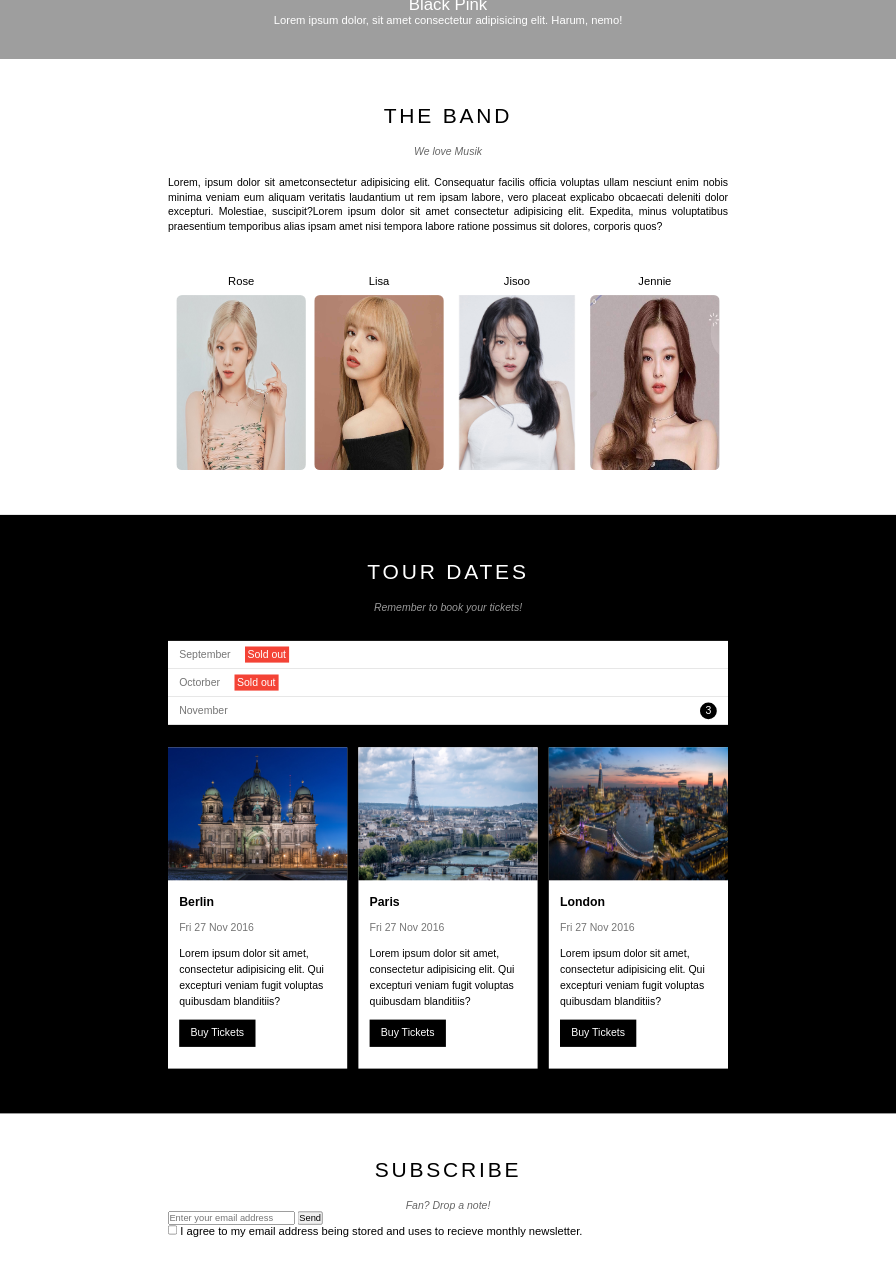
Repository: AiTrinh303/First-Project
Page: /
The author's editor kept a copy of each file at every save. The page is drawn from the files as they stood at one save, then again after the next save.
The browser window is 1280 px wide. The pictures show the part of the page from y = 602 to 2522 px (the page is 2433 px tall before and 2522 px after), at 70% of full size.
Pictures or frames that could not be fetched are drawn as grey boxes. The project was rebuilt for these pictures with package versions that can differ from the ones it lists, and the page was loaded fresh each time.

Above is the page before, as saved 2024-01-23 10:09:23.

### index.html
<!DOCTYPE html>
<html lang="en">
<head>
    <meta charset="UTF-8">
    <meta name="viewport" content="width=device-width, initial-scale=1.0">
    <title>Singer Website</title>
    <link rel="stylesheet" href="./fonts/themify-icons-font/themify-icons/themify-icons.css">
    <link rel="stylesheet" href="./src/styles/main.css">
</head>
<body>
   <div id="main">

        <div id="header">
            <ul id="nav">
                <li><a href="">Home</a></li>
                <li><a href="">Band</a></li>
                <li><a href="">Tour</a></li>
                <li><a href="">Contact</a></li>
                <li>
                    <a href="#">
                        More
                        <i class="nav-arrown-down ti-angle-down"></i>
                     </a>
                    <ul class="subnav">
                        <li><a href="">Merchandise</a></li>
                        <li><a href="">Extras</a></li>
                        <li><a href="">Media</a></li>
                    </ul>
                </li>
            </ul>

            <div class="search-btn">
                <i class="search-icon ti-search"></i>

            </div>
        </div>

        <div id="slider">

            <div class="text-content">
                <h2 class="text-heading">Black Pink</h2>
                <p class="text-description">Lorem ipsum dolor, sit amet consectetur adipisicing elit. Harum, nemo!</p>
            </div>

        </div>

        <div id="content">
            <!-- About Section -->
            <div class="content-section">
                <h2 class="section-heading">THE BAND</h2>
                <p class="section-sub-heading">We love Musik</p>
                <p class="about-text">Lorem, ipsum dolor sit ametconsectetur adipisicing elit. Consequatur facilis officia voluptas ullam nesciunt enim nobis minima veniam eum aliquam veritatis laudantium ut rem ipsam labore, vero placeat explicabo obcaecati deleniti dolor excepturi. Molestiae, suscipit?Lorem ipsum dolor sit amet consectetur adipisicing elit. Expedita, minus voluptatibus praesentium temporibus alias ipsam amet nisi tempora labore ratione possimus sit dolores, corporis quos?</p>

                <div class="members-list">
                    <div class="member-item">
                        <p class="member-name">Rose</p>
                        <img src="./src/img/rose.png " alt="Rose" class="member-img" >
                    </div>

                    <div class="member-item">
                        <p class="member-name">Lisa</p>
                        <img src="./src/img/Lisa2.jpg" alt="Lisa" class="member-img" >
                    </div>

                    <div class="member-item">
                        <p class="member-name">Jisoo</p>
                        <img src="./src/img/jisoo.jpeg" alt="Jisoo" class="member-img" >
                    </div>

                    <div class="member-item">
                        <p class="member-name">Jennie</p>
                        <img src="./src/img/Jennie.jpg" alt="Jennie" class="member-img" >
                    </div>
                </div>
            </div>

            <!-- Tour Section -->
            <div class="tour-section">

                <div class="content-section">
                    <h2 class="section-heading text-white">TOUR DATES</h2>
                    <p class="section-sub-heading text-white">Remember to book your tickets!</p>

                    <ul class="tickets-list">
                        <li>September <span class="sold-out">Sold out</span></li>
                        <li>Octorber <span class="sold-out">Sold out</span></li>
                        <li>November <span class="quantity">3</span></li>
                    </ul>

                    <div class="places-list">
                        <div class="place-item">
                            <img src="./src/img/Berlin.jpg" alt="Berlin" class="place-img" >
                            <div class="place-body">
                                <h3 class="place-heading">Berlin</h3>
                                <p class="place-time">Fri 27 Nov 2016</p>
                                <p class="place-desc">Lorem ipsum dolor sit amet, consectetur adipisicing elit. Qui excepturi veniam fugit voluptas quibusdam blanditiis?</p>
                                <a href="#" class="place-btn">Buy Tickets</a>
                            </div>
                        </div>

                        <div class="place-item">
                            <img src="./src/img/Paris.jpg" alt="Paris" class="place-img" >
                            <div class="place-body">
                                <h3 class="place-heading">Paris</h3>
                                <p class="place-time">Fri 27 Nov 2016</p>
                                <p class="place-desc">Lorem ipsum dolor sit amet, consectetur adipisicing elit. Qui excepturi veniam fugit voluptas quibusdam blanditiis?</p>
                                <a href="#" class="place-btn">Buy Tickets</a>
                            </div>
                        </div>

                        <div class="place-item">
                            <img src="./src/img/London.jpeg" alt="London" class="place-img">
                            <div class="place-body">
                                <h3 class="place-heading">London</h3>
                                <p class="place-time">Fri 27 Nov 2016</p>
                                <p class="place-desc">Lorem ipsum dolor sit amet, consectetur adipisicing elit. Qui excepturi veniam fugit voluptas quibusdam blanditiis?</p>
                                <a href="#" class="place-btn">Buy Tickets</a>
                            </div>
                        </div>
                    </div>
                </div>

            </div>

            <!-- Contact Section -->
            <!-- Contact -->
            <div id="contact">
                <div class="content-section">
                    <h2 class="section-heading">SUBSCRIBE</h2>
                    <p class="section-sub-heading">Fan? Drop a note!</p>
                    <div class="form-wrap">

                        <div class="form">
                            <input type="email" class="form__email" placeholder="Enter your email address" />
                            <button class="form__button">Send</button>
                        </div>
                        <div class="notice">
                            <input type="checkbox">
                            <span class="notice__copy">I agree to my email address being stored and uses to recieve monthly newsletter.</span>
                        </div>

                    </div>
                </div>
            </div>






        <div id="footer">

        </div>

   </div>
</body>
</html>

### src/styles/main.css
* {
  padding: 0;
  margin: 0;
  box-sizing: border-box;
}

html {
  scroll-behavior: smooth;
  font-family: Arial, Helvetica, sans-serif;
}

.text-white {
  color: white;
}

#header {
  height: 46px;
  background-color: #000;
  position: fixed;
  top: 0;
  left: 0;
  right: 0;
  z-index: 1;
}

#nav {
  display: inline-block;
}

#nav, .subnav {
  list-style: none;
}

#nav > li {
  display: inline-block;
}

#nav li {
  position: relative;
}

#nav > li > a {
  color: #fff;
  text-transform: uppercase;
}

#nav li a {
  color: #fff;
  text-decoration: none;
  line-height: 46px;
  padding: 0 24px;
  display: block;
}

#nav li:hover .subnav {
  display: block;
}

#nav > li:hover > a,
#nav .subnav li:hover a {
  color: #000;
  background-color: #ccc;
}

#nav .subnav {
  display: none;
  min-width: 160px;
  position: absolute;
  background-color: #fff;
  box-shadow: 0 0 10px rgba(0, 0, 0, 0.3);
  top: 100%;
  left: 0;
}

#nav .nav-arrown-down {
  font-size: 14px;
}

#nav .subnav a {
  color: #000;
  padding: 0 12px;
  line-height: 38px;
}

#header .search-btn {
  float: right;
  padding: 0 21px;
}

#header .search-btn:hover {
  background-color: #f44336;
  cursor: pointer;
}

#header .search-icon {
  color: #fff;
  font-size: 20px;
  line-height: 46px;
}

#slider {
  position: relative;
  margin-top: 46px;
  padding-top: 50%;
  background: url("../img/slider-1.jpg") center/100% no-repeat;
}

#slider .text-content {
  position: absolute;
  bottom: 47px;
  color: #fff;
  width: 100%;
  text-align: center;
}

#slider .text-heading {
  font-weight: 500;
  font-size: 24px;
}

#slider .text-decoration {
  font-size: 15px;
  margin-top: 25px;
}

#content .content-section {
  width: 800px;
  padding: 64px 0;
  margin-left: auto;
  margin-right: auto;
}

#content .section-heading {
  font-size: 30px;
  font-weight: 500;
  letter-spacing: 4px;
  text-align: center;
}

#content .section-sub-heading {
  font-size: 15px;
  margin-top: 25px;
  text-align: center;
  font-style: italic;
  opacity: 0.6;
}

#content .about-text {
  margin-top: 25px;
  font-size: 15px;
  text-align: justify;
  line-height: 1.4;
}

#content .member-item {
  display: flex;
  flex-direction: column;
  align-items: center;
}

#content .member-name {
  line-height: 2.5;
}

#content .members-list {
  margin-top: 48px;
  display: flex;
  justify-content: space-evenly;
}

#content .member-img {
  width: 185px;
  min-height: 250px;
  border-radius: 8px;
}

.tour-section {
  background: #000;
}

.tickets-list {
  background-color: #fff;
  margin-top: 40px;
}

.tickets-list li {
  font-size: 15px;
  color: #757575;
  padding: 11px 16px;
  border-bottom: 1px solid #ddd;
  list-style-type: none;
}

.tickets-list .sold-out {
  background-color: #f44336;
  color: #fff;
  padding: 3px 4px;
  margin-left: 16px;
}

.tickets-list .quantity {
  float: right;
  width: 24px;
  height: 24px;
  background-color: #000;
  color: #fff;
  border-radius: 50%;
  text-align: center;
  line-height: 24px;
  margin-top: -3px;
}

.places-list {
  display: flex;
  gap: 16px;
  justify-content: space-between;
  margin-top: 32px;
}

.places-list .place-item {
  background-color: #fff;
}

.places-list .place-img {
  width: 100%;
  height: 190px;
}

.places-list .place-img:hover {
  opacity: 0.6;
  cursor: pointer;
}

.places-list .place-body {
  padding: 15px 16px;
  min-height: 205px;
  font-size: 15px;
  line-height: 22.5px;
}

.place-body .place-heading {
  font-weight: 700;
}

.place-body .place-time {
  margin: 15px 0;
  color: #757575;
}

.place-body .place-btn {
  align-items: flex-start;
  background-color: #000;
  display: inline-block;
  font-size: 15px;
  line-height: 22.5px;
  margin: 15px 0px 16px 0px;
  padding: 8px 16px;
  text-align: center;
  color: #fff;
  text-decoration: none;
}

.place-body .place-btn:hover {
  color: #000;
  background-color: #ccc;
}

Loaded but not shown: fonts/themify-icons-font/themify-icons/themify-icons.css (common file)

After the next save:
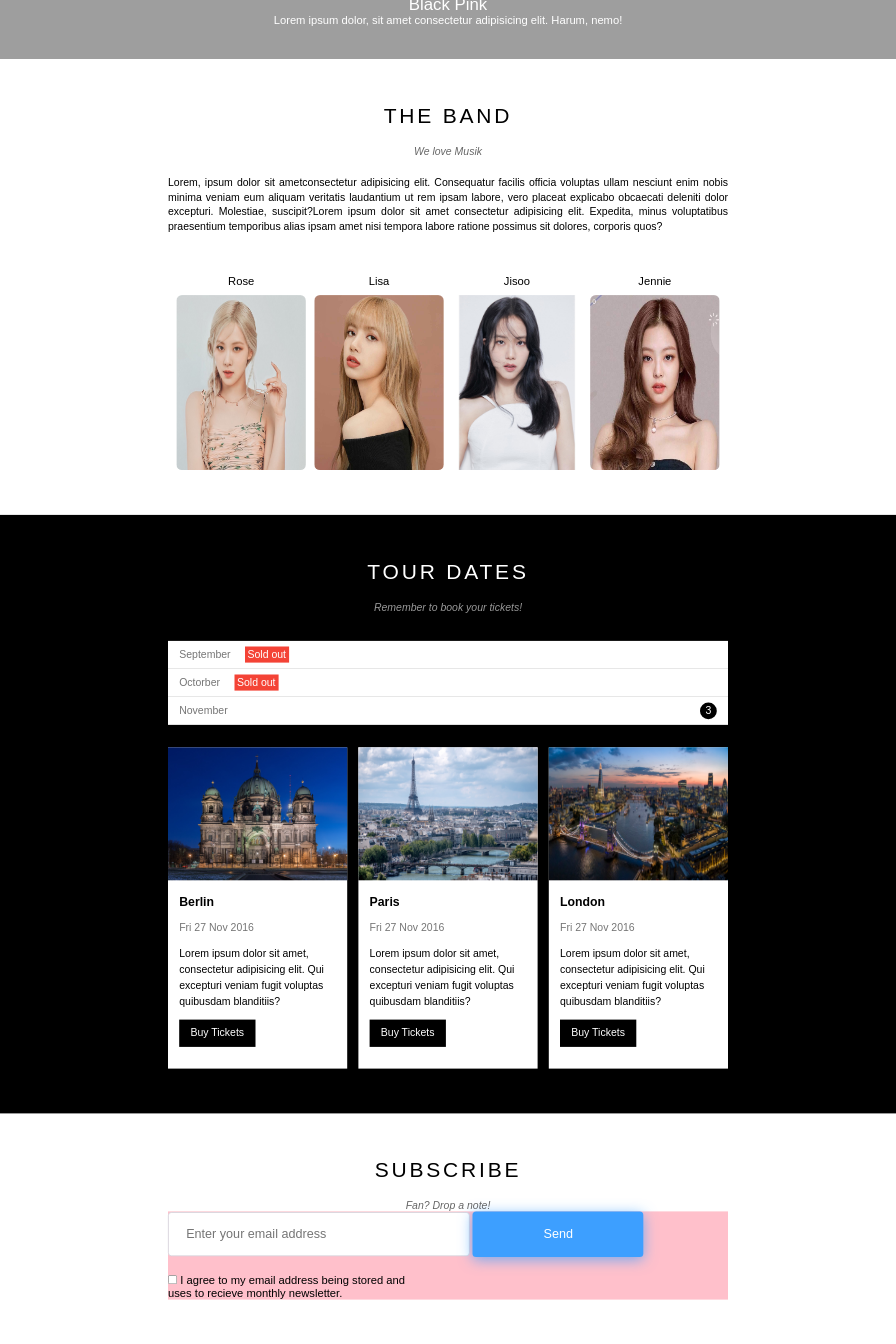
Saved 6 s later.
--- a/src/styles/main.css
+++ b/src/styles/main.css
@@ -264,3 +264,53 @@
   color: #000;
   background-color: #ccc;
 }
+
+
+/* contact form */
+
+.form-wrap{
+  background-color: pink;
+
+}
+.form {
+margin-bottom: 25px;
+}
+
+.form__email {
+padding: 20px 25px;
+border-radius: 5px;
+ border: 1px solid #CAD3DB;
+width: 431px;
+font-size: 18px;
+color: #0F121F;
+}
+
+.form__email:focus {
+outline: 1px solid #3D9FFF;
+}
+
+.form__button {
+background: #3D9FFF;
+padding: 10px;
+border: none;
+width: 244px;
+height: 65px;
+border-radius: 5px;
+font-size: 18px;
+color: white;
+box-shadow: 0 4px 20px rgba(61, 159, 255, 0.7);
+}
+
+.form__button:hover {
+box-shadow: 0 10px 20px rgba(61, 159, 255, 0.7);
+}
+
+.notice {
+width: 345px;
+}
+
+
+
+#footer{
+
+}
